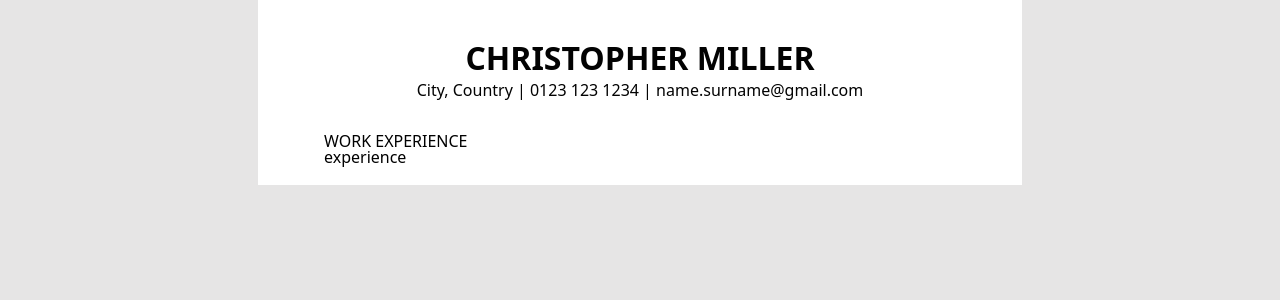
Repository: lannguyen1301/f8-zoom-day-4
Page: cv.html
The author's editor kept a copy of each file at every save. The page is drawn from the files as they stood at one save, then again after the next save.
The browser window is 1280 px wide. The pictures show the whole page.

Above is the page before, as saved 2025-04-17 23:16:49.

### cv.html
<!DOCTYPE html>
<html lang="en">

<head>
    <meta charset="UTF-8">
    <meta name="viewport" content="width=device-width, initial-scale=1.0">
    <title>cv CHRISTOPHER MILLER</title>
    <link rel="stylesheet" href="./assets/css/reset.css">
    <link rel="stylesheet" href="./assets/css/style.css">
</head>

<body>
    <div class="content">
        <div class="top-desc">
            <h1 class="title-desc">CHRISTOPHER MILLER</h1>
            <p class="infor-desc">
                City, Country | 0123 123 1234 | name.surname@gmail.com
            </p>
        </div>
        <div class="experience">
            <h2 class="work-experience">work experience</h2>
        </div>experience
    </div>
</body>

</html>

### assets/css/style.css
* {
    box-sizing: border-box;
}

body {
    margin: 0 auto;
    font-size: 16px;
    font-family: system-ui, "Segoe UI", Roboto, Helvetica, Arial, sans-serif,
        "Apple Color Emoji", "Segoe UI Emoji", "Segoe UI Symbol";
    background-color: #e6e5e5;
}

a {
    text-decoration: none;
}

.content {
    max-width: 764px;
    margin: inherit;
    padding: 20px 66px;
    background-color: #fff;
}

.top-desc {
    margin: 22px 0 35px;
    text-align: center;
}

.title-desc {
    /* margin: 30px 0; */
    font-size: 32px;
    color: #020202;
    font-weight: 900;
    text-align: center;
}

.list {
    margin: 20px 0;
    text-align: center;
    font-size: 16px;
    color: green;
    font-weight: 500;
}

.item {
    display: inline-block;
    margin: 0 20px;
    font-weight: 900;
    font-size: 1.5rem;
}

.link {
    color: inherit;
    padding: 10px;
}

.item:hover > .link {
    color: orange;
    background-color: #fafafa;
    padding: 10px;
    border-radius: 5px;
}

.infor-desc {
    margin-top: 8px;
    color: #020202;
}

.work-experience {
    text-transform: uppercase;
}

Loaded but not shown: assets/css/reset.css (common file)

After the next save:
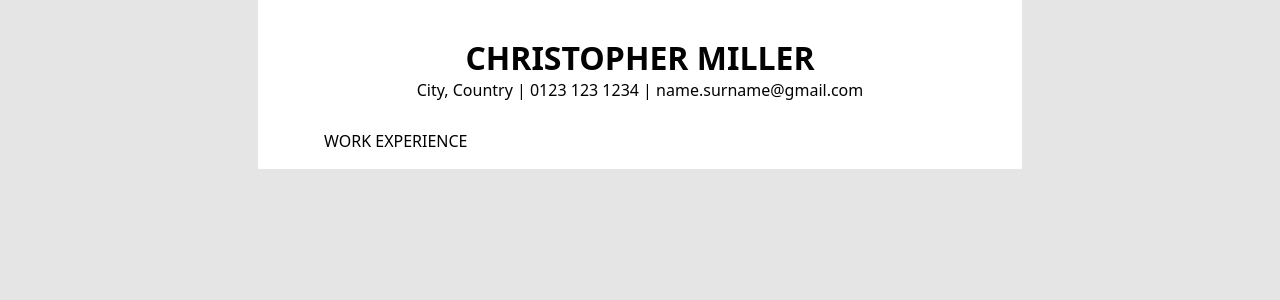
Saved 13 s later.
--- a/cv.html
+++ b/cv.html
@@ -19,7 +19,7 @@
         </div>
         <div class="experience">
             <h2 class="work-experience">work experience</h2>
-        </div>experience
+        </div>
     </div>
 </body>
 
